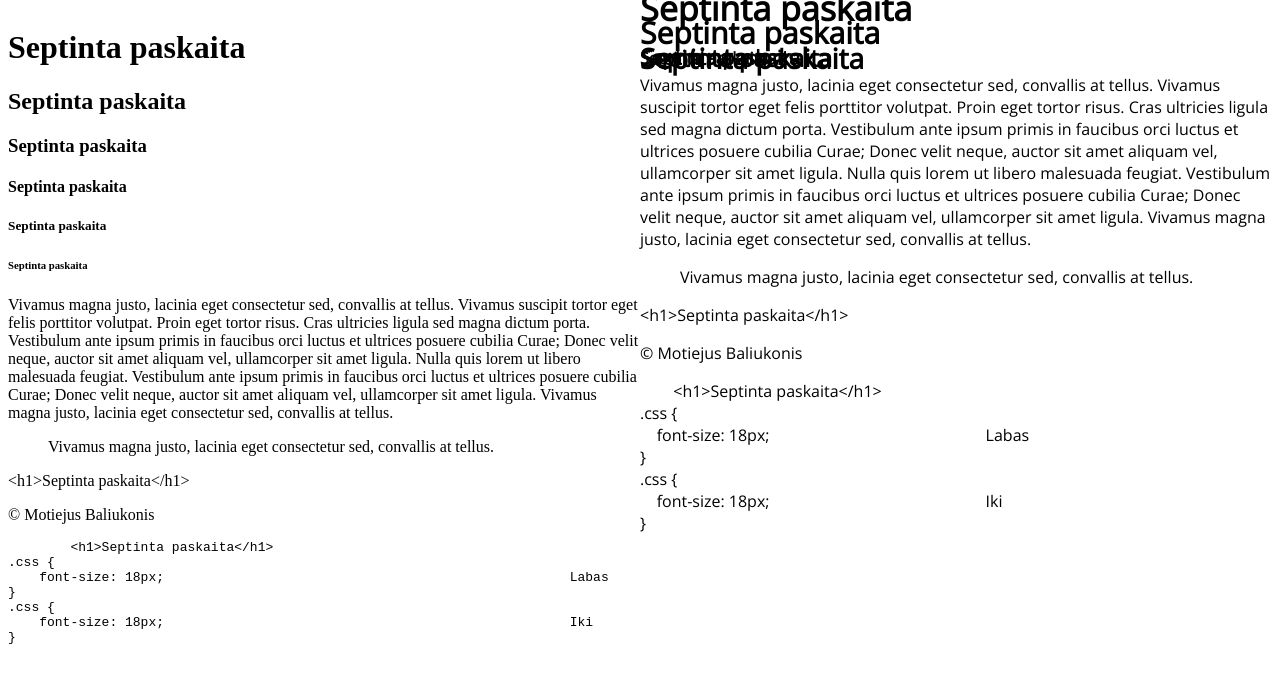
Repository: motiejus1/07-paskaita-05.31
Page: index.html
The author's editor kept a copy of each file at every save. The page is drawn from the files as they stood at one save, then again after the next save.
The browser window is 1280 px wide. The pictures show the whole page.

Above is the page before, as saved 2021-06-10 19:58:32.

After the next save:
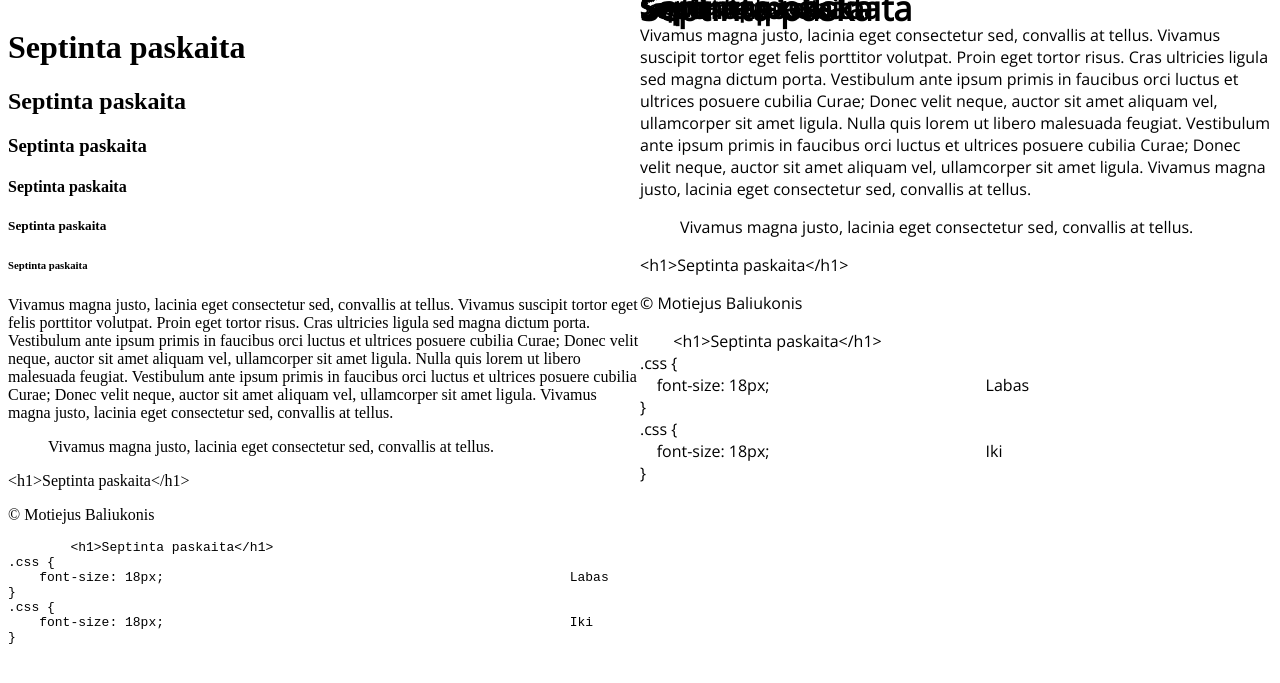
Saved 24 s later.
--- a/index.html
+++ b/index.html
@@ -27,7 +27,7 @@
             font-family: 'Open Sans', sans-serif;
         }
 
-        .right h1, .right0 h2, .right h3, .right h4, .right h5, .right h6 {
+        .right h1, .right h2, .right h3, .right h4, .right h5, .right h6 {
             margin: 0;
         }
 
